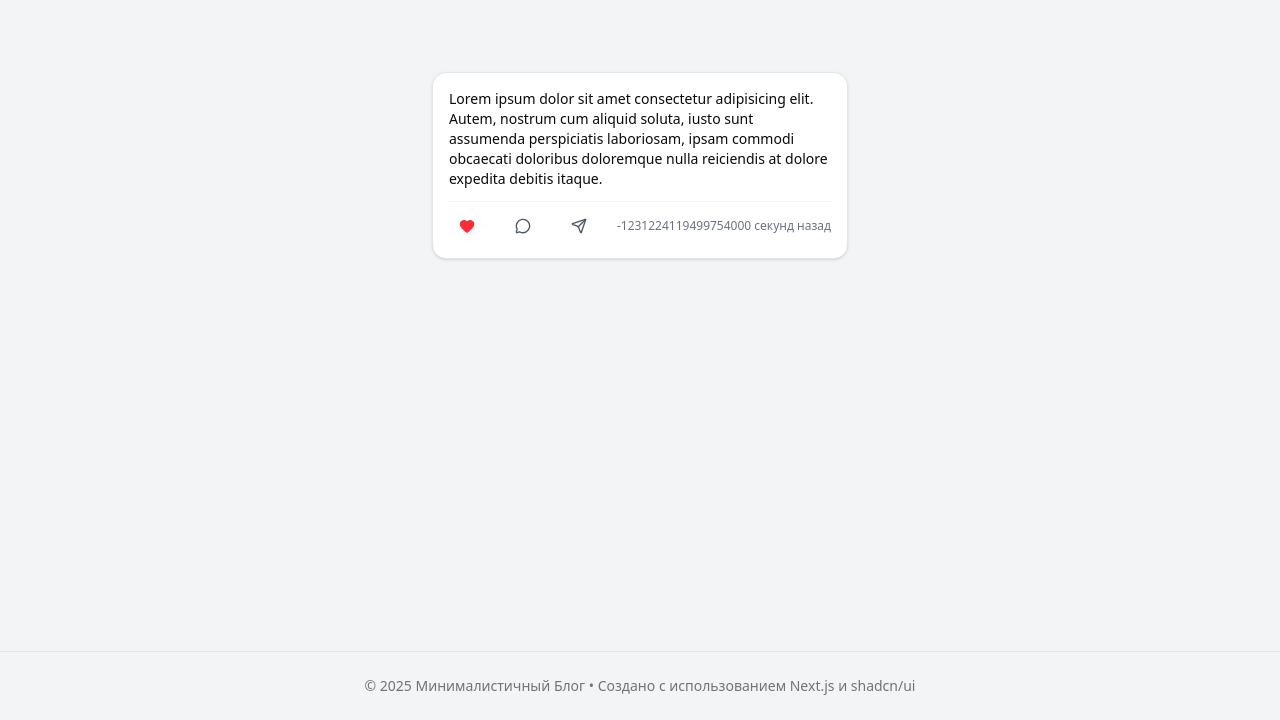
Repository: maxempolk/Telegram-channel
Page: /
These files come from the project's save history. The page is drawn as it stood at one moment and after a run of saves; the edit follows.
The browser window is 1280 px wide. The pictures show the whole page.
The project was rebuilt for these pictures with package versions that can differ from the ones it lists, and the page was loaded fresh each time. The framework's server and built-in components were replaced by stand-ins that run in the browser. Also part of the build but not shown: next.config.ts.

Above is the page before, as saved 2025-03-09 01:38:16.

After the next 6 saves:
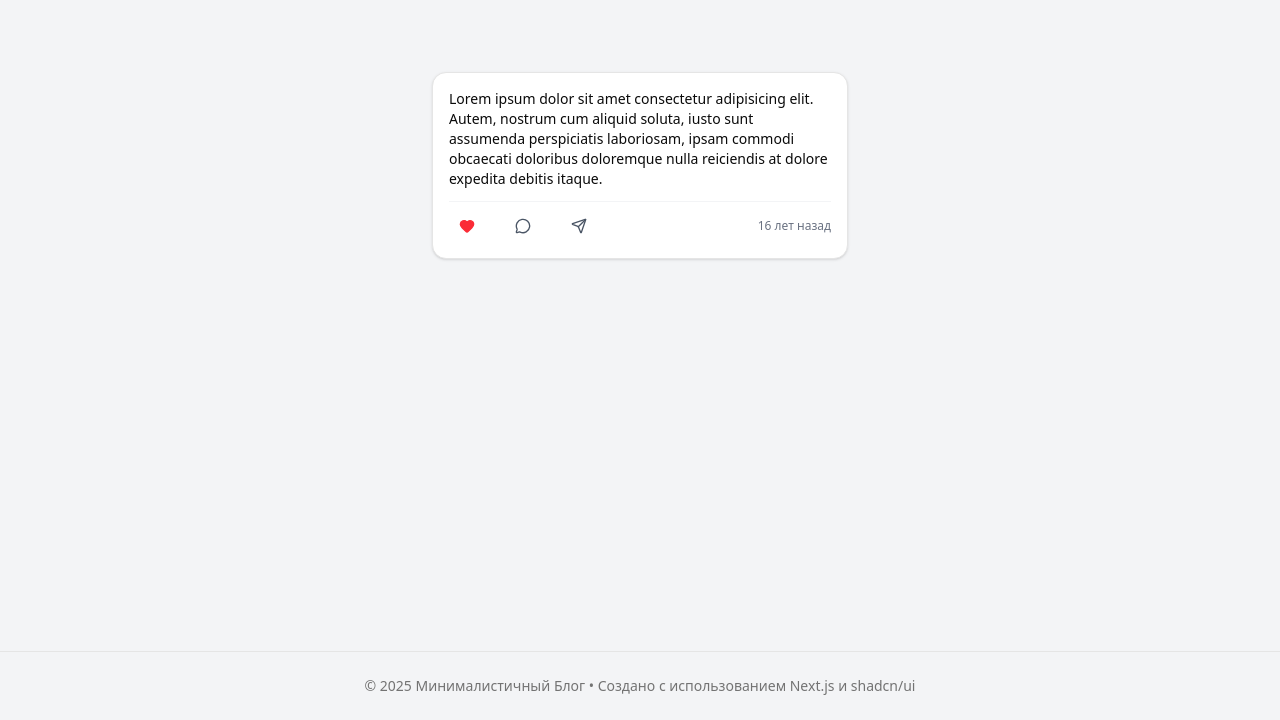
The 6 saves are shown as one change because they came seconds apart.
The last was saved 19 s later.
--- a/src/app/page.tsx
+++ b/src/app/page.tsx
@@ -10,7 +10,7 @@ export default function Home() {
     updatedAt: new Date(),
     imagesUrl: ['afsfasafs'],
     tags: [] as string[],
-    date: 1231224121241231223,
+    date: 1231224222,
   };
   return (
     <>
